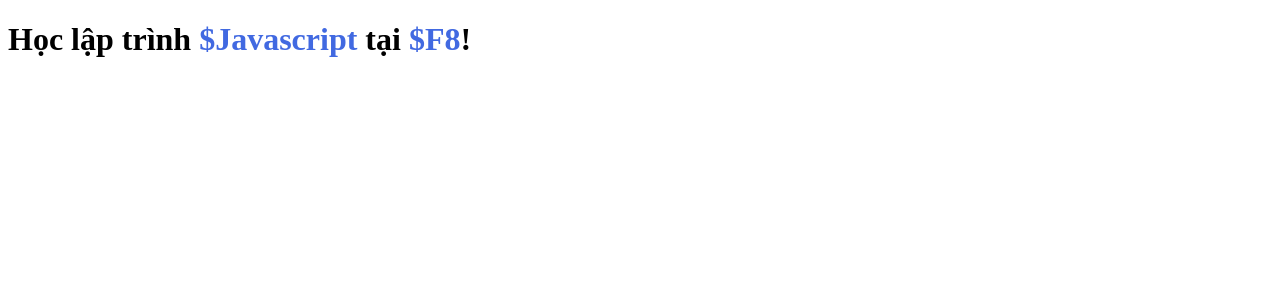
Repository: lt-chinh098406/MusicPlayer
Page: index.html
An editor plug-in stored every save of this project. The page is shown before and after the next save, followed by the edit.
The browser window is 1280 px wide. The pictures show the whole page.

Above is the page before, as saved 2021-11-10 20:25:53.

### index.html
<!DOCTYPE html>
<html lang="en">
<head>
  <meta charset="UTF-8">
  <meta http-equiv="X-UA-Compatible" content="IE=edge">
  <meta name="viewport" content="width=device-width, initial-scale=1.0">
  <title>HTML DOM</title>
  <link rel="stylesheet" href="main.css">
  <style>
    span {
      color: royalblue
    }
  </style>
</head>
<body>
  <body>
    <h1 id="heading"></h1>

    <script src="main.js"></script>
  </body>
</body>
</html>

### main.css
li:last-child {
  color: red;
}

### main.js
function highlight([first, ...strings], ...values) {
  return values.reduce(
    (acc, curr) => [...acc, `<span>$${curr}</span>`, strings.shift()]
  , [first])
}

var brand = 'F8'
var course = 'Javascript'

var htmls =  highlight`Học lập trình ${course} tại ${brand}!`

var headingElement = document.querySelector('#heading')

headingElement.innerHTML =htmls.join('')

After the next save:
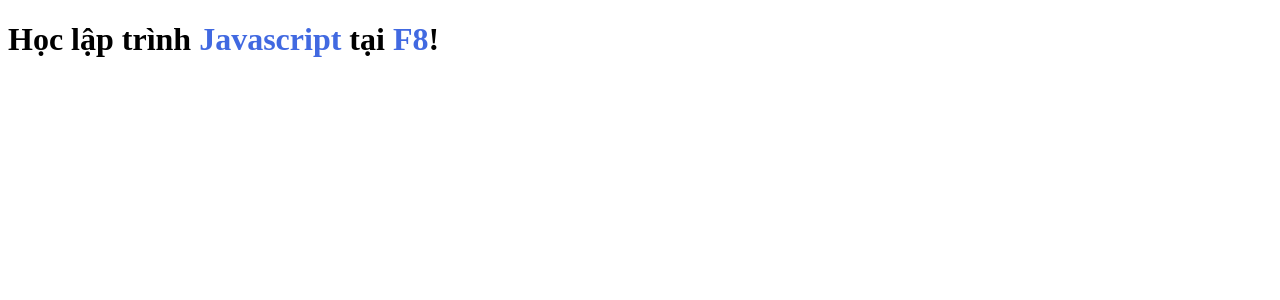
Saved 9 s later.
--- a/main.js
+++ b/main.js
@@ -1,6 +1,6 @@
 function highlight([first, ...strings], ...values) {
   return values.reduce(
-    (acc, curr) => [...acc, `<span>$${curr}</span>`, strings.shift()]
+    (acc, curr) => [...acc, `<span>${curr}</span>`, strings.shift()]
   , [first])
 }
 
